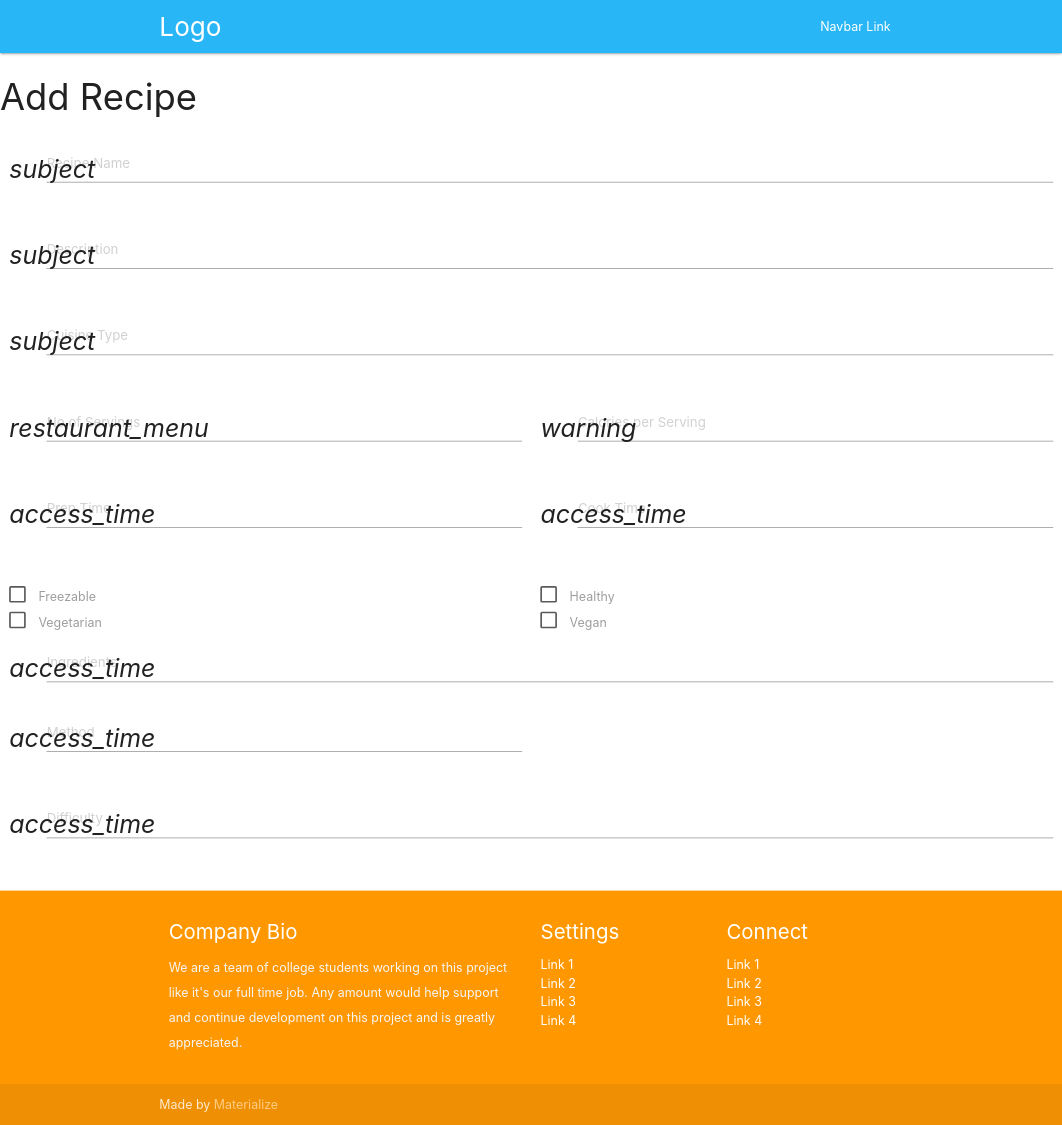
Repository: keefm6776/cookery-website
Page: http://localhost/add_recipe
The author's editor kept a record of every edit. The page is drawn from the files as they stood at one moment, then again after the next edit.
The browser window is 1280 px wide. The pictures show the whole page, at 83% of full size.
The page is served by the project's application, run on Flask 3 (app.py).

Above is the page before.
Console error: ReferenceError: $ is not defined

After the next edit:
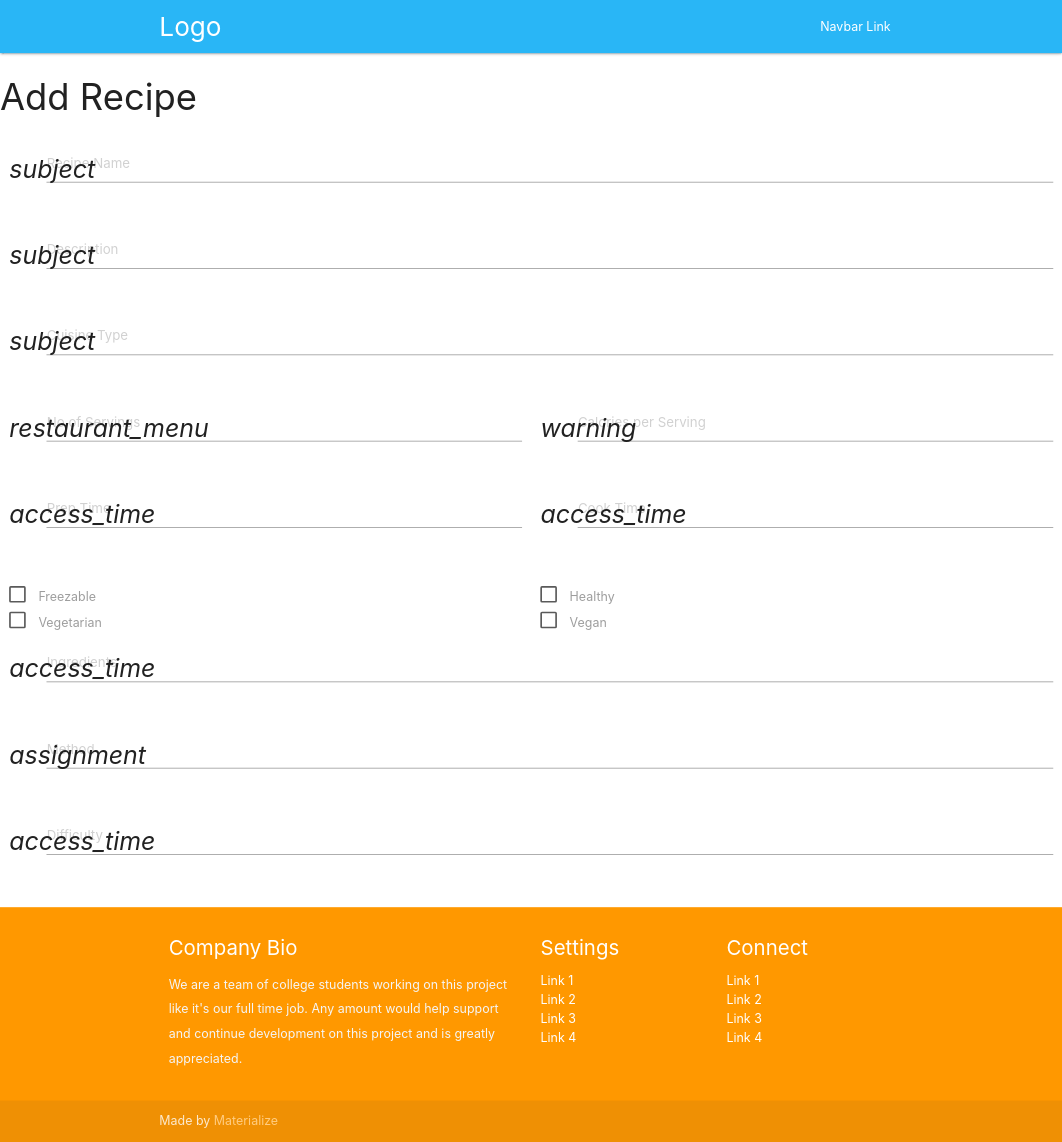
The edit:
--- a/templates/add_recipe.html
+++ b/templates/add_recipe.html
@@ -80,8 +80,11 @@
         <i class="material-icons prefix">access_time</i>
         <input placeholder="Ingredients" id="ingredients" name="ingredients" type="text" class="validate">
       </div>
-      <div class="input-field col s6">
-        <i class="material-icons prefix">access_time</i>
+    </div>
+
+    <div class = "row">
+      <div class="input-field col s12">
+        <i class="material-icons prefix">assignment</i>
         <input placeholder="Method" id="method" name="method" type="text" class="validate">
       </div>
     </div>
